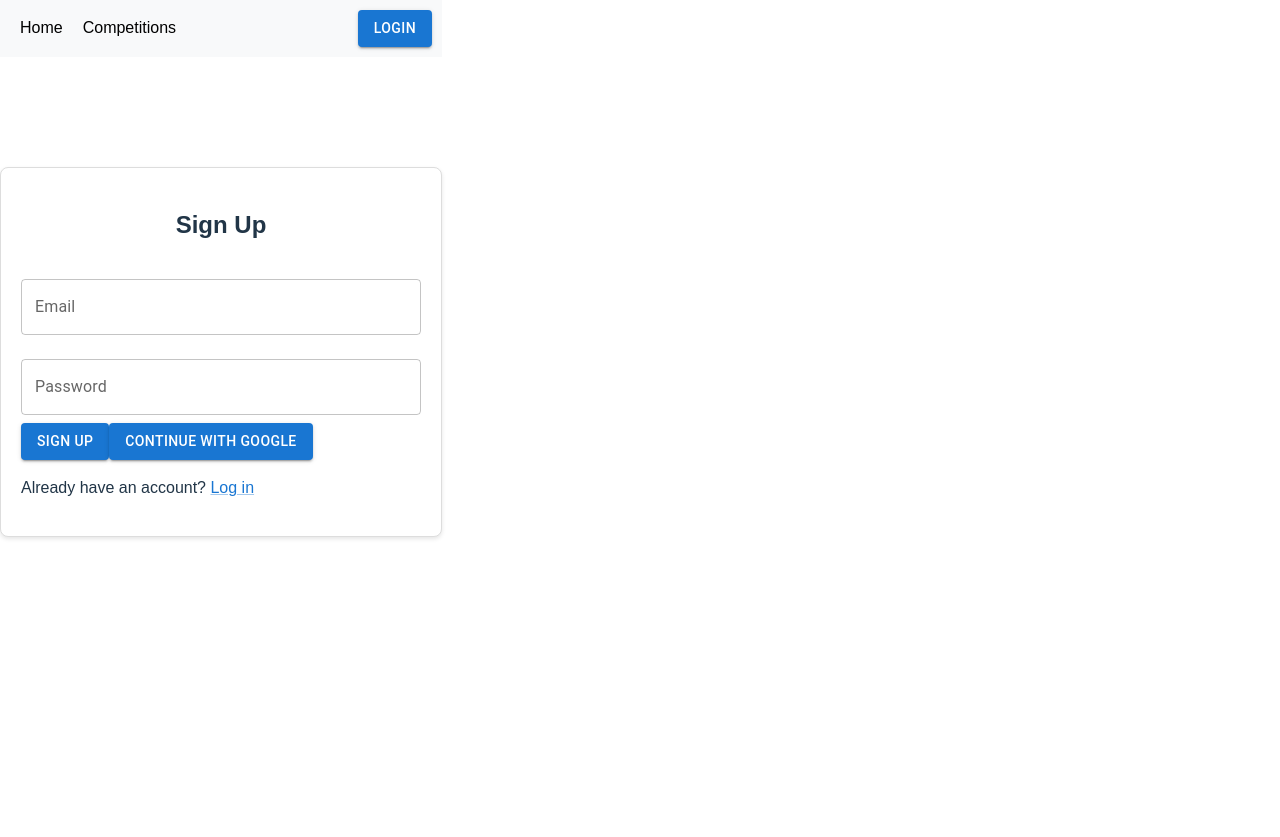
Repository: BWei22/wecube
Page: /signup
An editor plug-in stored every save of this project. The page is shown before and after the next save, followed by the edit.
The browser window is 1280 px wide. The pictures show the whole page.
The project was rebuilt for these pictures with package versions that can differ from the ones it lists, and the page was loaded fresh each time. Also part of the build but not shown: vite.config.js, src/pages/Home.css, src/pages/Home.jsx, src/pages/Competitions.css, src/pages/Competitions.jsx, src/pages/Listings.jsx, src/pages/CreateListing.jsx, src/pages/ListingDetails.css and 12 more.

Above is the page before, as saved 2024-08-07 11:51:58.

### index.html
<!doctype html>
<html lang="en">
  <head>
    <meta charset="UTF-8" />
    <link rel="icon" type="image/svg+xml" href="/vite.svg" />
    <meta name="viewport" content="width=device-width, initial-scale=1.0" />
    <title>WeCube</title>
  </head>
  <body>
    <div id="root"></div>
    <script type="module" src="/src/main.jsx"></script>
  </body>
</html>

### src/App.jsx
// src/App.jsx
import React from 'react';
import { BrowserRouter as Router, Routes, Route } from 'react-router-dom';
import Home from './pages/Home';
import Competitions from './pages/Competitions';
import Listings from './pages/Listings';
import CreateListing from './pages/CreateListing';
import ListingDetails from './pages/ListingDetails';
import InterestedBuyers from './pages/InterestedBuyers';
import Notifications from './pages/Notifications';
import Login from './pages/Login';
import SignUp from './pages/SignUp';
import CompleteProfile from './pages/CompleteProfile';
import PrivateRoute from './components/PrivateRoute';
import NavBar from './components/NavBar';
import { ProvideAuth } from './hooks/useAuth';
import Message from './pages/Message';
import Conversations from './pages/Conversations';
import Profile from './pages/Profile';
import './App.css';

const App = () => {
  return (
    <Router>
      <ProvideAuth>
        <NavBar />
        <div className="main-container">
          <Routes>
            <Route path="/" element={<Home />} />
            <Route path="/competitions" element={<Competitions />} />
            <Route path="/listings/:competitionId" element={<Listings />} />
            <Route path="/create-listing/:competitionId" element={<PrivateRoute><CreateListing /></PrivateRoute>} />
            <Route path="/listing/:listingId" element={<ListingDetails />} />
            <Route path="/interested-buyers/:listingId" element={<PrivateRoute><InterestedBuyers /></PrivateRoute>} />
            <Route path="/notifications" element={<PrivateRoute><Notifications /></PrivateRoute>} />
            <Route path="/login" element={<Login />} />
            <Route path="/signup" element={<SignUp />} />
            <Route path="/complete-profile" element={<CompleteProfile />} />
            <Route path="/messages/:listingId" element={<PrivateRoute><Message /></PrivateRoute>} />
            <Route path="/conversations" element={<PrivateRoute><Conversations /></PrivateRoute>} />
            <Route path="/profile" element={<PrivateRoute><Profile /></PrivateRoute>} />
          </Routes>
        </div>
      </ProvideAuth>
    </Router>
  );
};

export default App;

### src/pages/SignUp.jsx
// src/pages/SignUp.jsx
import React, { useState } from 'react';
import { useNavigate } from 'react-router-dom';
import { useAuth } from '../hooks/useAuth';
import { Button, TextField, Link } from '@mui/material';
import './AuthComponent.css';

const SignUp = () => {
  const auth = useAuth();
  const navigate = useNavigate();
  const [email, setEmail] = useState('');
  const [password, setPassword] = useState('');
  const [error, setError] = useState('');

  const handleGoogleSignUp = async () => {
    try {
      await auth.signinWithGoogle();
    } catch (error) {
      console.error('Sign-up failed:', error);
      setError(error.message);
    }
  };

  const handleEmailSignUp = async () => {
    try {
      await auth.signupWithEmailAndPassword(email, password);
      navigate('/complete-profile');
    } catch (error) {
      console.error('Sign-up failed:', error);
      setError(error.message);
    }
  };

  return (
    <div className="auth-container">
      <h2>Sign Up</h2>
      <TextField
        label="Email"
        variant="outlined"
        fullWidth
        margin="normal"
        value={email}
        onChange={(e) => setEmail(e.target.value)}
      />
      <TextField
        label="Password"
        type="password"
        variant="outlined"
        fullWidth
        margin="normal"
        value={password}
        onChange={(e) => setPassword(e.target.value)}
      />
      {error && <p className="error">{error}</p>}
      <Button onClick={handleEmailSignUp} variant="contained" color="primary">
        Sign Up
      </Button>
      <Button onClick={handleGoogleSignUp} variant="contained" color="primary">
        Continue with Google
      </Button>
      <p>
        Already have an account? <Link onClick={() => navigate('/login')}>Log in</Link>
      </p>
    </div>
  );
};

export default SignUp;

### src/components/NavBar.jsx
import React, { useState, useEffect } from 'react';
import { Link, useNavigate } from 'react-router-dom';
import { useAuth } from '../hooks/useAuth'; // Adjust the import path as necessary
import { db } from '../firebaseConfig';
import { collection, query, where, onSnapshot } from 'firebase/firestore';
import Badge from '@mui/material/Badge';
import Button from '@mui/material/Button';
import './NavBar.css';

const NavBar = () => {
  const { user, username, signout } = useAuth();
  const navigate = useNavigate();
  const [newMessages, setNewMessages] = useState(0);

  useEffect(() => {
    if (!user) {
      console.log('No authenticated user found.');
      return;
    }

    const q = query(collection(db, 'messages'), where('recipientId', '==', user.uid), where('isRead', '==', false));
    const unsubscribe = onSnapshot(q, (querySnapshot) => {
      setNewMessages(querySnapshot.size);
    });

    return () => unsubscribe();
  }, [user]);

  const handleLogout = () => {
    signout(() => navigate('/'));
  };

  return (
    <div className="navbar">
      <div className="navbar-left">
        <Link to="/">Home</Link>
        <Link to="/competitions">Competitions</Link>
      </div>
      <div className="navbar-right">
        {user ? (
          <>
            <Badge badgeContent={newMessages} color="error">
              <Link to="/conversations">Conversations</Link>
            </Badge>
            <Link to="/profile">Profile</Link>
            <Button onClick={handleLogout} variant="contained" color="secondary">Logout</Button>
            <span className="navbar-username">{username}</span>
          </>
        ) : (
          <Button onClick={() => navigate('/login')} variant="contained" color="primary">Login</Button> // Corrected path
        )}
      </div>
    </div>
  );
};

export default NavBar;

### src/hooks/useAuth.jsx
// src/hooks/useAuth.jsx
import React, { useState, useEffect, useContext, createContext } from 'react';
import { getAuth, signInWithPopup, GoogleAuthProvider, signOut, createUserWithEmailAndPassword, signInWithEmailAndPassword, EmailAuthProvider, linkWithCredential } from 'firebase/auth';
import { doc, getDoc, setDoc, deleteDoc } from 'firebase/firestore';
import { db } from '../firebaseConfig';
import { useNavigate } from 'react-router-dom';

const authContext = createContext();

export function ProvideAuth({ children }) {
  const auth = useProvideAuth();
  return <authContext.Provider value={auth}>{children}</authContext.Provider>;
}

export const useAuth = () => {
  return useContext(authContext);
};

function useProvideAuth() {
  const [user, setUser] = useState(null);
  const [username, setUsername] = useState('');
  const [newUser, setNewUser] = useState(false);
  const navigate = useNavigate();

  const signinWithGoogle = async () => {
    const auth = getAuth();
    const provider = new GoogleAuthProvider();
    const result = await signInWithPopup(auth, provider);
    const googleUser = result.user;

    // Check if there's an existing email/password account with the same email
    const email = googleUser.email;
    const existingUser = await getDoc(doc(db, 'users', googleUser.uid));

    if (existingUser.exists()) {
      setUser(googleUser);
      setUsername(existingUser.data().username);
      setNewUser(false);
      navigate('/competitions');
    } else {
      // Check if an email/password account exists with the same email
      const auth = getAuth();
      try {
        const credential = EmailAuthProvider.credential(email, prompt('Enter your password to link your accounts:'));
        await linkWithCredential(googleUser, credential);
        // Fetch the username after linking the accounts
        const linkedUserDocRef = doc(db, 'users', googleUser.uid);
        const linkedUserDocSnap = await getDoc(linkedUserDocRef);
        if (linkedUserDocSnap.exists()) {
          setUser(googleUser);
          setUsername(linkedUserDocSnap.data().username);
          setNewUser(false);
          navigate('/competitions');
        } else {
          setUser(googleUser);
          setNewUser(true);
          navigate('/complete-profile');
        }
      } catch (error) {
        console.error('Error linking accounts:', error);
        setUser(googleUser);
        setNewUser(true);
        navigate('/complete-profile');
      }
    }
  };

  const signupWithEmailAndPassword = async (email, password, username) => {
    const auth = getAuth();
    const result = await createUserWithEmailAndPassword(auth, email, password);
    const user = result.user;
    await setDoc(doc(db, 'users', user.uid), { username });

    setUser(user);
    setUsername(username);
    setNewUser(false);
    navigate('/competitions');
  };

  const signinWithEmailAndPassword = async (email, password) => {
    const auth = getAuth();
    try {
      const result = await signInWithEmailAndPassword(auth, email, password);
      const user = result.user;
      const userDoc = await getDoc(doc(db, 'users', user.uid));

      if (userDoc.exists()) {
        setUser(user);
        setUsername(userDoc.data().username);
        setNewUser(false);
        navigate('/competitions');
      } else {
        navigate('/signup');
      }
    } catch (error) {
      console.error('Login failed:', error);
      throw error;
    }
  };

  const completeProfile = async (username) => {
    if (!user) throw new Error("User not authenticated");
    const userDocRef = doc(db, 'users', user.uid);
    await setDoc(userDocRef, { username });
    setUsername(username);
    setNewUser(false);
    navigate('/competitions');
  };

  const signout = async (callback) => {
    const auth = getAuth();
    await signOut(auth);
    setUser(null);
    setUsername('');
    if (callback) callback();
  };

  const deleteUserAccount = async () => {
    const auth = getAuth();
    if (user) {
      const userDocRef = doc(db, 'users', user.uid);
      await deleteDoc(userDocRef);
      await deleteUser(auth.currentUser);
      setUser(null);
      setUsername('');
      setNewUser(false);
      navigate('/');
    }
  };

  useEffect(() => {
    const auth = getAuth();
    const unsubscribe = auth.onAuthStateChanged(async (user) => {
      if (user) {
        const userDocRef = doc(db, 'users', user.uid);
        const userDocSnap = await getDoc(userDocRef);

        if (userDocSnap.exists()) {
          setUser(user);
          setUsername(userDocSnap.data().username);
          setNewUser(false);
        } else {
          setUser(user);
          setNewUser(true);
        }
      } else {
        setUser(null);
        setUsername('');
        setNewUser(false);
      }
    });

    return () => unsubscribe();
  }, []);

  return {
    user,
    username,
    newUser,
    setUsername,
    signinWithGoogle,
    signupWithEmailAndPassword,
    signinWithEmailAndPassword,
    completeProfile,
    signout,
    deleteUserAccount,
  };
}

### src/App.css
/* src/App.css */

body, html {
  margin: 0;
  padding: 0;
  height: 100%;
  width: 100%;
  font-family: Arial, sans-serif;
}

#root {
  height: 100%;
}

.main-container {
  display: flex;
  flex-direction: column;
  height: 100vh;
  padding-top: 60px; /* Adjust based on navbar height */
}

### src/firebaseConfig.js
// src/firebaseConfig.js
import { initializeApp } from "firebase/app";
import { getFirestore } from "firebase/firestore";
import { getAuth, onAuthStateChanged, GoogleAuthProvider, signInWithPopup } from "firebase/auth";

const firebaseConfig = {
  apiKey: "AIzaSyDYb4aSYo2bUTjyhVYMKNBykxSJtt_21Po",
  authDomain: "wecube-e0d78.firebaseapp.com",
  projectId: "wecube-e0d78",
  storageBucket: "wecube-e0d78.appspot.com",
  messagingSenderId: "412392652109",
  appId: "1:412392652109:web:bc3ad839badcf48e85cb04",
  measurementId: "G-3J43PF4YX8"
};

const app = initializeApp(firebaseConfig);
const db = getFirestore(app);
const auth = getAuth(app);
const provider = new GoogleAuthProvider();

onAuthStateChanged(auth, (user) => {
  if (user) {
    console.log("User is signed in", user);
  } else {
    console.log("No user is signed in");
  }
});

export { db, auth, provider };

### src/pages/Listings.css
.listings-grid {
  display: grid;
  grid-template-columns: repeat(auto-fill, minmax(200px, 1fr));
  gap: 16px;
}

.listing-item {
  border: 1px solid #ccc;
  padding: 16px;
  border-radius: 8px;
  text-align: center;
  cursor: pointer;
  transition: box-shadow 0.3s ease, transform 0.3s ease;
}

.listing-item:hover {
  box-shadow: 0 4px 12px rgba(0, 0, 0, 0.2);
  transform: scale(1.05);
  background-color: #f0f0f0;
}

.listing-image {
  width: 100%;
  height: 150px;
  object-fit: cover;
  border-radius: 4px;
}

.listing-info {
  margin-top: 8px;
}

.listing-name {
  display: block;
  font-weight: bold;
  margin-bottom: 4px;
  color: #333;
}

.listing-price {
  display: block;
  color: #007BFF;
}

button {
  margin-top: 8px;
}

### src/pages/AuthComponent.css
/* src/pages/AuthComponent.css */

.auth-container {
  max-width: 400px;
  margin: 50px auto;
  padding: 20px;
  border: 1px solid #ddd;
  border-radius: 8px;
  box-shadow: 0 2px 4px rgba(0, 0, 0, 0.1);
  background-color: #fff;
}

h2 {
  text-align: center;
  margin-bottom: 20px;
}

.error {
  color: red;
  text-align: center;
  margin-bottom: 20px;
}

form {
  display: flex;
  flex-direction: column;
}

form > * {
  margin-bottom: 15px;
}

### src/components/NavBar.css
.navbar {
  display: flex;
  justify-content: space-between;
  padding: 10px;
  background-color: #f8f9fa;
}

.navbar-left,
.navbar-right {
  display: flex;
  align-items: center;
}

.navbar-left a,
.navbar-right a {
  margin: 0 10px;
  text-decoration: none;
  color: #000;
}

.navbar-right .navbar-username {
  margin-left: 10px;
  font-weight: bold;
}

.navbar-right button {
  margin-left: 10px;
}

Loaded but not shown: src/main.jsx (common file); src/index.css (common file)

After the next save:
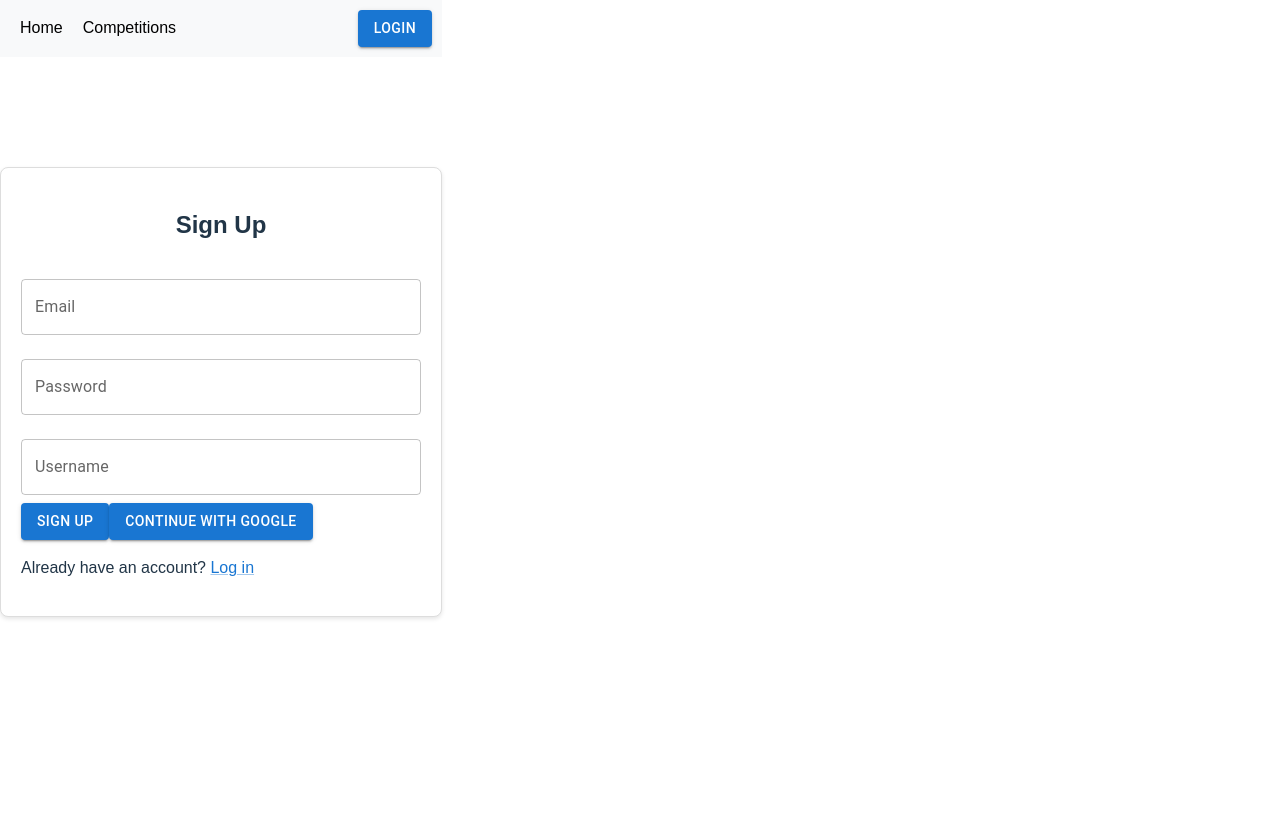
Saved 2 min 9 s later.
--- a/src/pages/SignUp.jsx
+++ b/src/pages/SignUp.jsx
@@ -10,6 +10,7 @@ const SignUp = () => {
   const navigate = useNavigate();
   const [email, setEmail] = useState('');
   const [password, setPassword] = useState('');
+  const [username, setUsername] = useState('');
   const [error, setError] = useState('');
 
   const handleGoogleSignUp = async () => {
@@ -22,9 +23,14 @@ const SignUp = () => {
   };
 
   const handleEmailSignUp = async () => {
+    if (!username) {
+      setError('Username is required');
+      return;
+    }
+
     try {
-      await auth.signupWithEmailAndPassword(email, password);
-      navigate('/complete-profile');
+      await auth.signupWithEmailAndPassword(email, password, username);
+      navigate('/competitions');
     } catch (error) {
       console.error('Sign-up failed:', error);
       setError(error.message);
@@ -51,6 +57,14 @@ const SignUp = () => {
         value={password}
         onChange={(e) => setPassword(e.target.value)}
       />
+      <TextField
+        label="Username"
+        variant="outlined"
+        fullWidth
+        margin="normal"
+        value={username}
+        onChange={(e) => setUsername(e.target.value)}
+      />
       {error && <p className="error">{error}</p>}
       <Button onClick={handleEmailSignUp} variant="contained" color="primary">
         Sign Up
